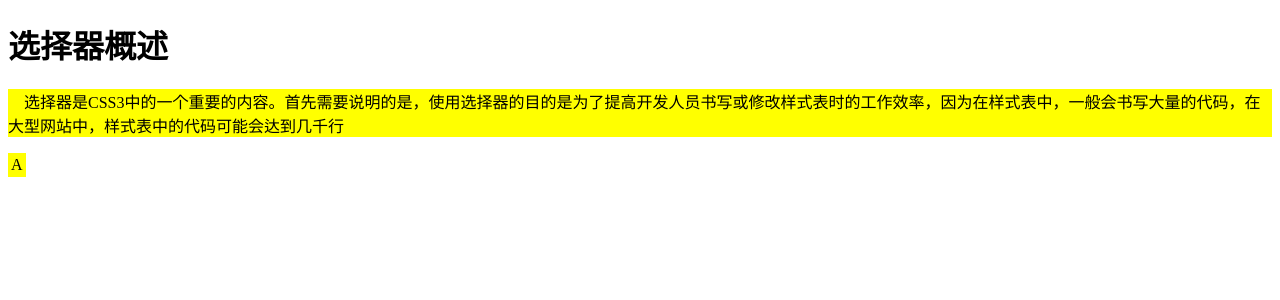
Repository: zdsherlock/HtmlCssLearn
Page: CSS/test-attSelect/index2.html
The author's editor kept a copy of each file at every save. The page is drawn from the files as they stood at one save, then again after a run of saves.
The browser window is 1280 px wide. The pictures show the whole page.

Above is the page before, as saved 2021-05-06 02:30:37.

After the next 2 saves:
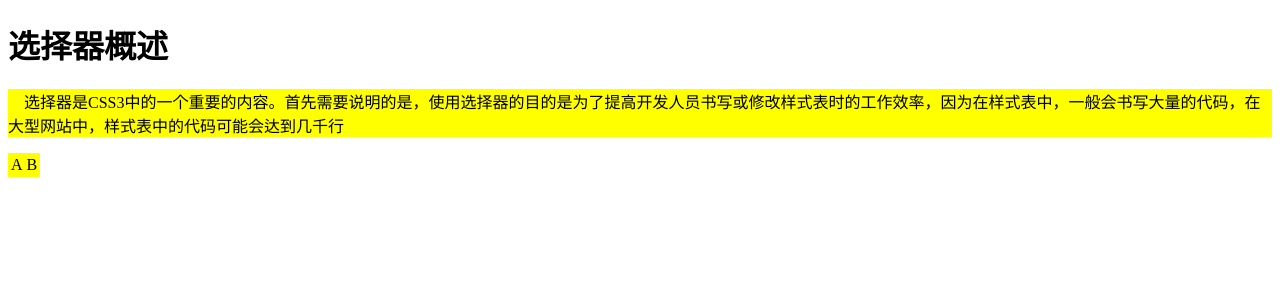
The 2 saves are shown as one change because they came seconds apart.
The last was saved 16 s later.
--- a/CSS/test-attSelect/index2.html
+++ b/CSS/test-attSelect/index2.html
@@ -18,7 +18,10 @@
     </p>
 
     <table>
-       <tr><td>A</td></tr>
+       <tr>
+           <td>A</td>
+           <td>B</td>
+       </tr>
     </table>
 </body>
 </html>
